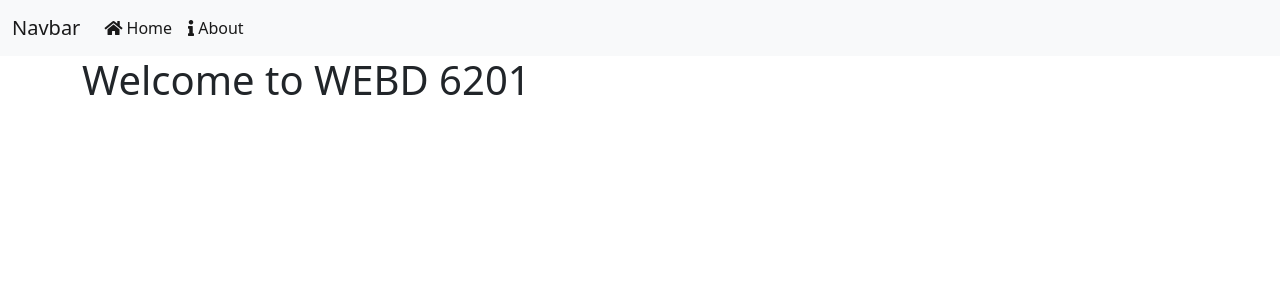
Repository: spencernewellevans/WEBD6201-ICE01
Page: index.html
These files come from the project's save history. The page is drawn as it stood at one moment and after the next save; the edit follows.
The browser window is 1280 px wide. The pictures show the whole page.

Above is the page before, as saved 2021-01-22 14:44:56.

### index.html
<!DOCTYPE html>
<html lang="en">
<head>
    <meta charset="UTF-8">
    <meta name="viewport" content="width=device-width, initial-scale=1.0">
    <title>WEBD6201 - ICE01</title>
    <!-- CSS Section-->
    <link rel="stylesheet" href="./node_modules/bootstrap/dist/css/bootstrap.min.css">
    <link rel="stylesheet" href="./node_modules/@fortawesome/fontawesome-free/css/all.min.css">
    <link rel="stylesheet" href="./Content/app.css">
</head>
<body>
    <header>
        <nav class="navbar navbar-expand-lg navbar-light bg-light">
            <div class="container-fluid">
              <a class="navbar-brand" href="#">Navbar</a>
              <button class="navbar-toggler" type="button" data-bs-toggle="collapse" data-bs-target="#navbarSupportedContent" aria-controls="navbarSupportedContent" aria-expanded="false" aria-label="Toggle navigation">
                <span class="navbar-toggler-icon"></span>
              </button>
              <div class="collapse navbar-collapse" id="navbarSupportedContent">
                <ul class="navbar-nav me-auto mb-2 mb-lg-0">
                  <li class="nav-item">
                    <a class="nav-link active" aria-current="page" href="#"><i class="fas fa-home fa-large"></i> Home</a>
                  </li>

                  <li class="nav-item">
                    <a class="nav-link active" aria-current="page" href="#"><i class="fas fa-info fa-large"></i> About</a>
                  </li>
                </ul>
              </div>
            </div>
          </nav>
    </header>

    <main class="container">
        <h1>Welcome to WEBD 6201</h1>
    </main>

    <footer>

    </footer>

    <!-- Script Section -->
    <script src="./node_modules/jquery/dist/jquery.min.js"></script>
    <script src="./node_modules/bootstrap/dist/js/bootstrap.bundle.min.js"></script>
    <script src="./Scripts/app.js"></script>
</body>
</html>

### content/app.css
/* Custom CSS goes here */

### scripts/app.js
/* Custom JavaScript goes here */

// IIFE - Immediately Invoked Function Expression
// Anonymous self-executing expression
// limits scope leak

(function()
{

    function Start()
    {
        console.log("App Started...");
    }

    window.addEventListener("load", Start);

})();

Loaded but not shown: node_modules/bootstrap/dist/css/bootstrap.min.css (library); node_modules/@fortawesome/fontawesome-free/css/all.min.css (library); node_modules/jquery/dist/jquery.min.js (library); node_modules/bootstrap/dist/js/bootstrap.bundle.min.js (library)

After the next save:
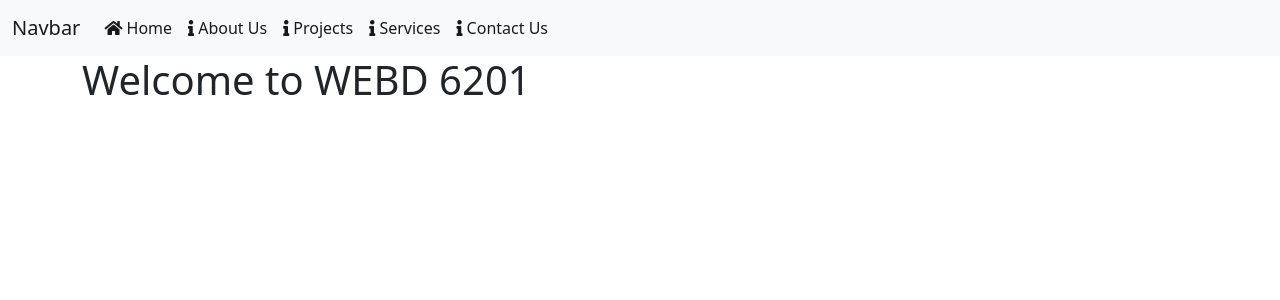
Saved 42 s later.
--- a/index.html
+++ b/index.html
@@ -24,7 +24,19 @@
                   </li>
 
                   <li class="nav-item">
-                    <a class="nav-link active" aria-current="page" href="#"><i class="fas fa-info fa-large"></i> About</a>
+                    <a class="nav-link active" aria-current="page" href="#"><i class="fas fa-info fa-large"></i> About Us</a>
+                  </li>
+
+                  <li class="nav-item">
+                    <a class="nav-link active" aria-current="page" href="#"><i class="fas fa-info fa-large"></i> Projects</a>
+                  </li>
+
+                  <li class="nav-item">
+                    <a class="nav-link active" aria-current="page" href="#"><i class="fas fa-info fa-large"></i> Services</a>
+                  </li>
+
+                  <li class="nav-item">
+                    <a class="nav-link active" aria-current="page" href="#"><i class="fas fa-info fa-large"></i> Contact Us</a>
                   </li>
                 </ul>
               </div>
